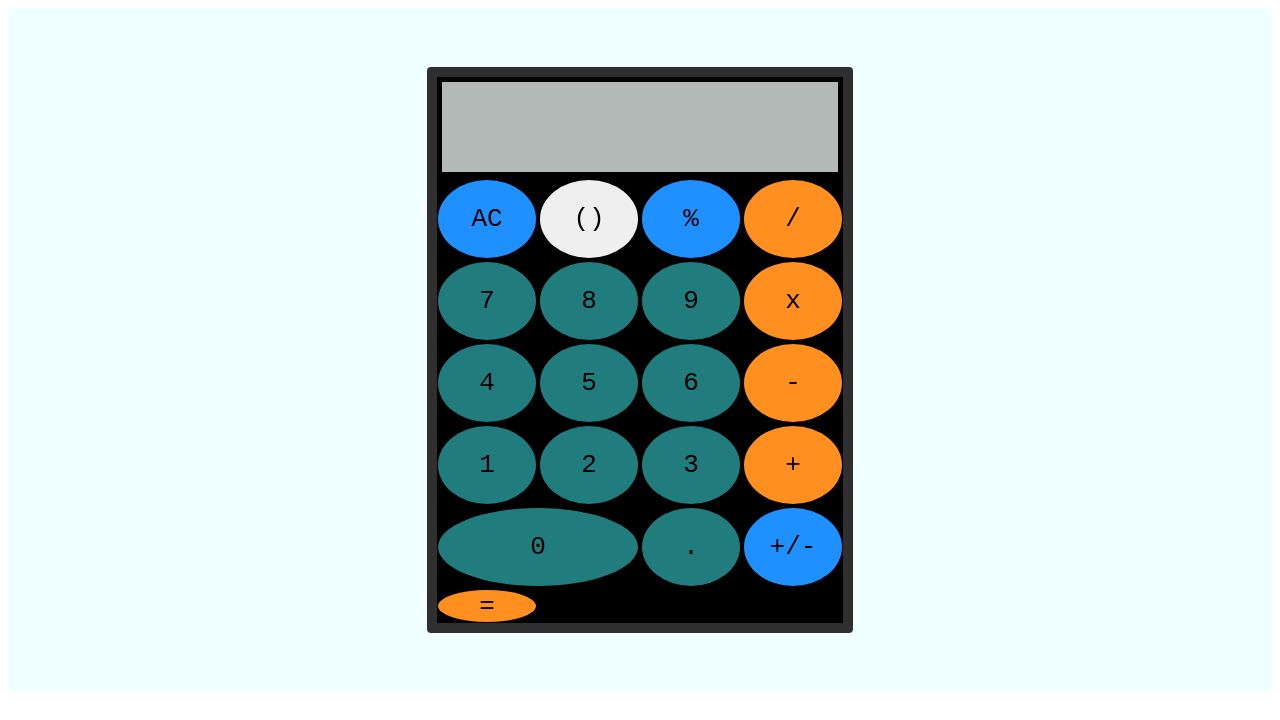
Repository: MhlengiNgubane/BrainnestJsTwo
Page: index.html
The author's editor kept a copy of each file at every save. The page is drawn from the files as they stood at one save, then again after the next save.
The browser window is 1280 px wide. The pictures show the whole page.

Above is the page before, as saved 2022-09-07 23:02:53.

After the next save:
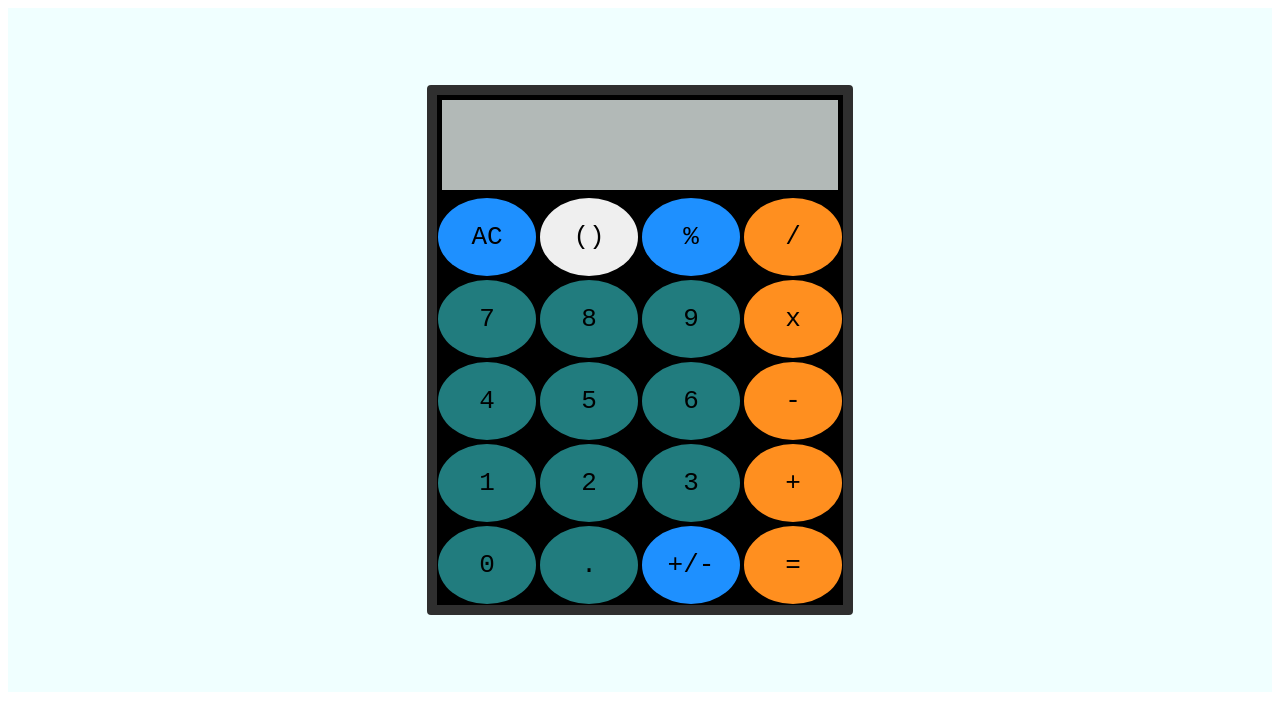
Saved 8 min 33 s later.
--- a/style.css
+++ b/style.css
@@ -49,9 +49,7 @@ button {
 }
 
 
-#zero {
-    grid-column: span 2;
-}
+
 
 .operator {
     background-color: #FF8F1F;
